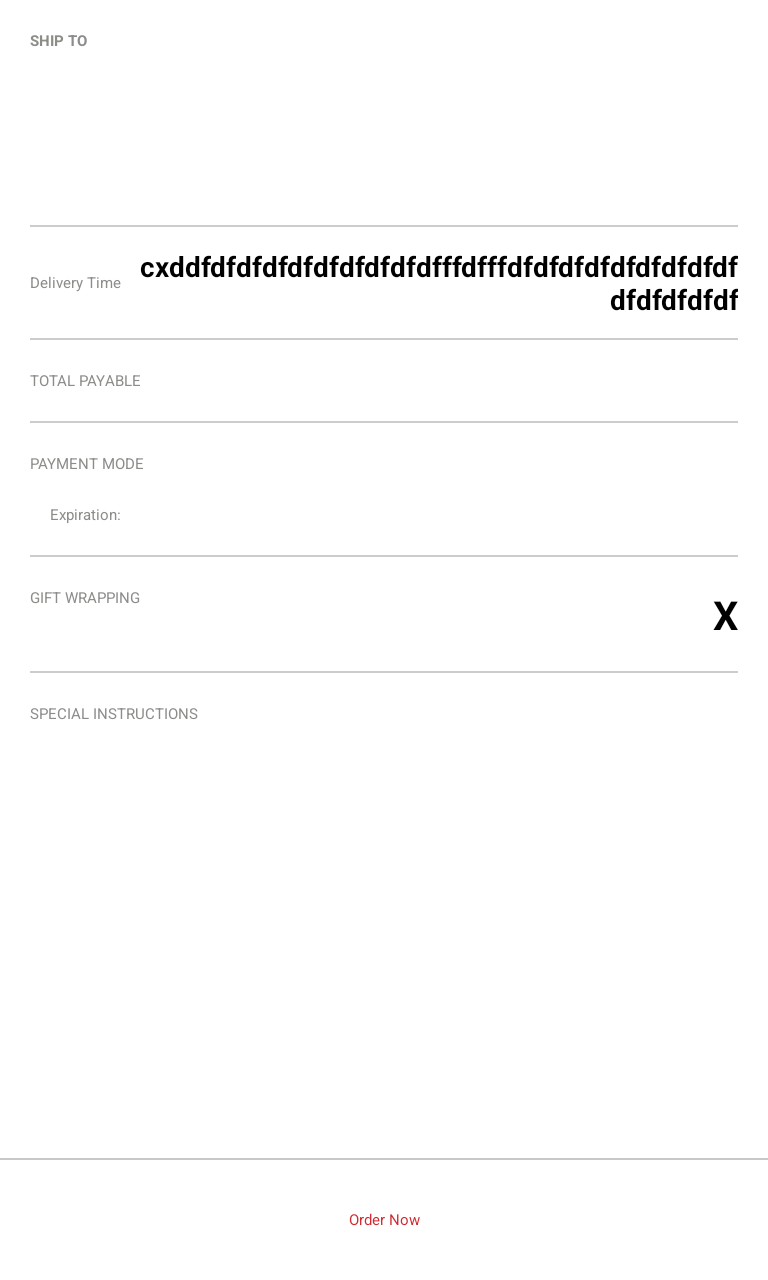
Repository: brijendratiwari/beerrightnow_Android-
Layout: BeerRightNow/res/layout/confirm_order.xml
An editor plug-in stored every save of this project. The layout is shown before and after the next save, followed by the edit.
It is drawn on a 768 x 1280 px phone screen (xhdpi) without system bars, with theme Theme.Sherlock.Light; the app's code is not run.

Above is the layout before, as saved 2016-01-19 08:33:06.

After the next save:
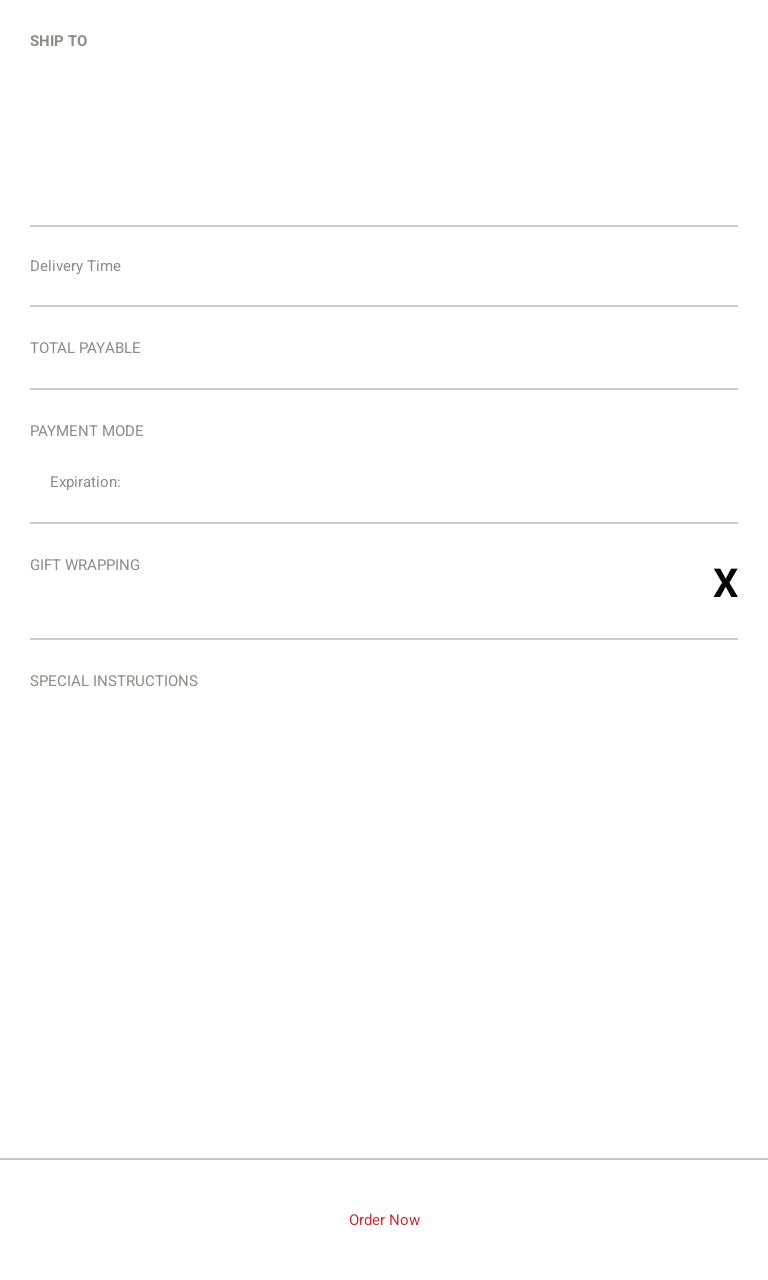
Saved 9 s later.
--- a/BeerRightNow/res/layout/confirm_order.xml
+++ b/BeerRightNow/res/layout/confirm_order.xml
@@ -99,7 +99,7 @@
                     android:layout_toRightOf="@+id/deliverytxtview"
                    	android:maxLines="5"
                     android:paddingLeft="5dp"
-                    android:text="cxddfdfdfdfdfdfdfdfdfdfffdfffdfdfdfdfdfdfdfdfdfdfdfdfdfdf"
+                    android:text=""
                     android:gravity="right|center_vertical"
                    	android:textAppearance="?android:attr/textAppearanceMedium"
                     android:textStyle="bold"
